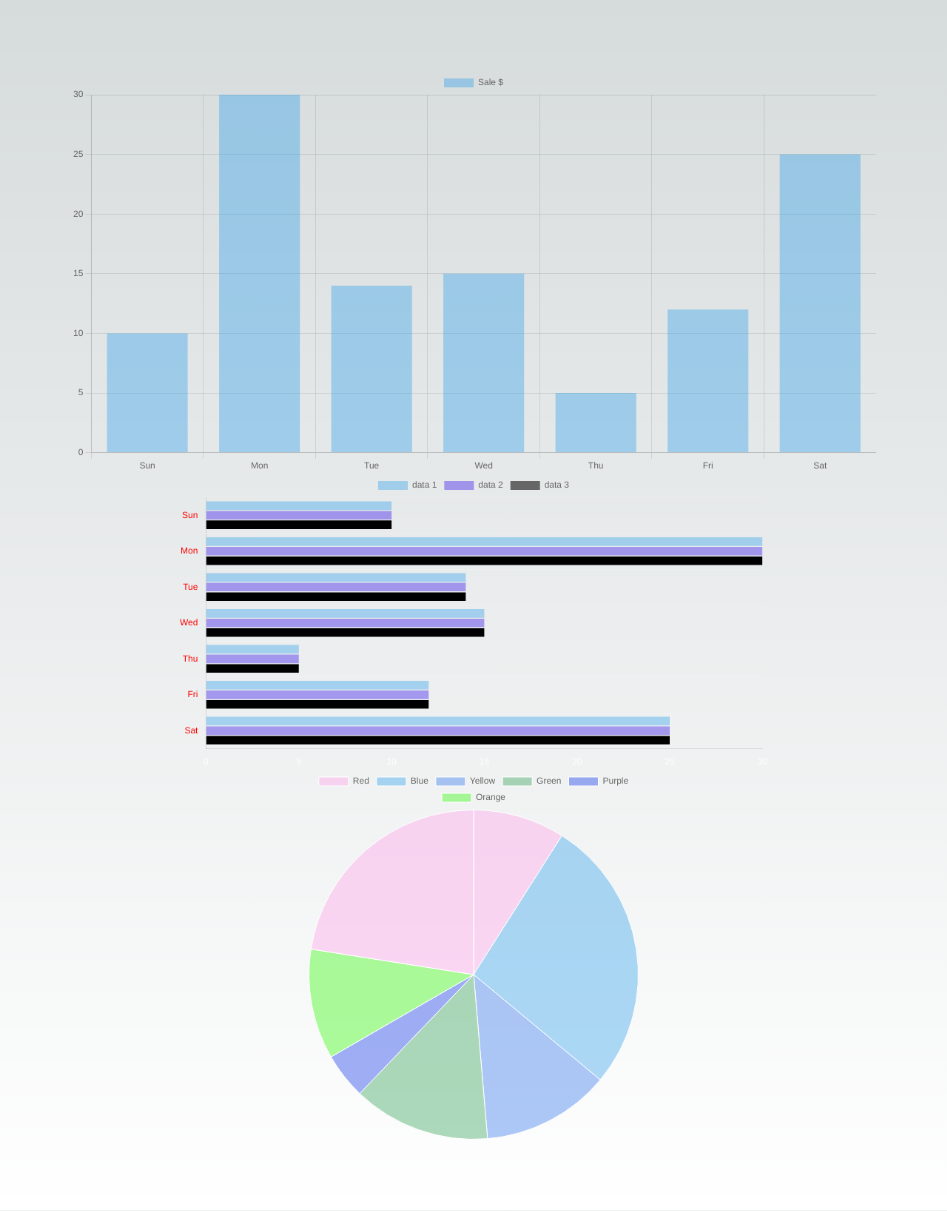
Repository: MonicaNguyenH/exercise-5
Page: /
An editor plug-in stored every save of this project. The page is shown before and after the next save, followed by the edit.
The browser window is 1280 px wide. The pictures show the whole page, at 74% of full size.
The project was rebuilt for these pictures with package versions that can differ from the ones it lists, and the page was loaded fresh each time. The framework's server and built-in components were replaced by stand-ins that run in the browser. Also part of the build but not shown: next.config.mjs.

Above is the page before, as saved 2024-04-20 23:10:20.

After the next save:
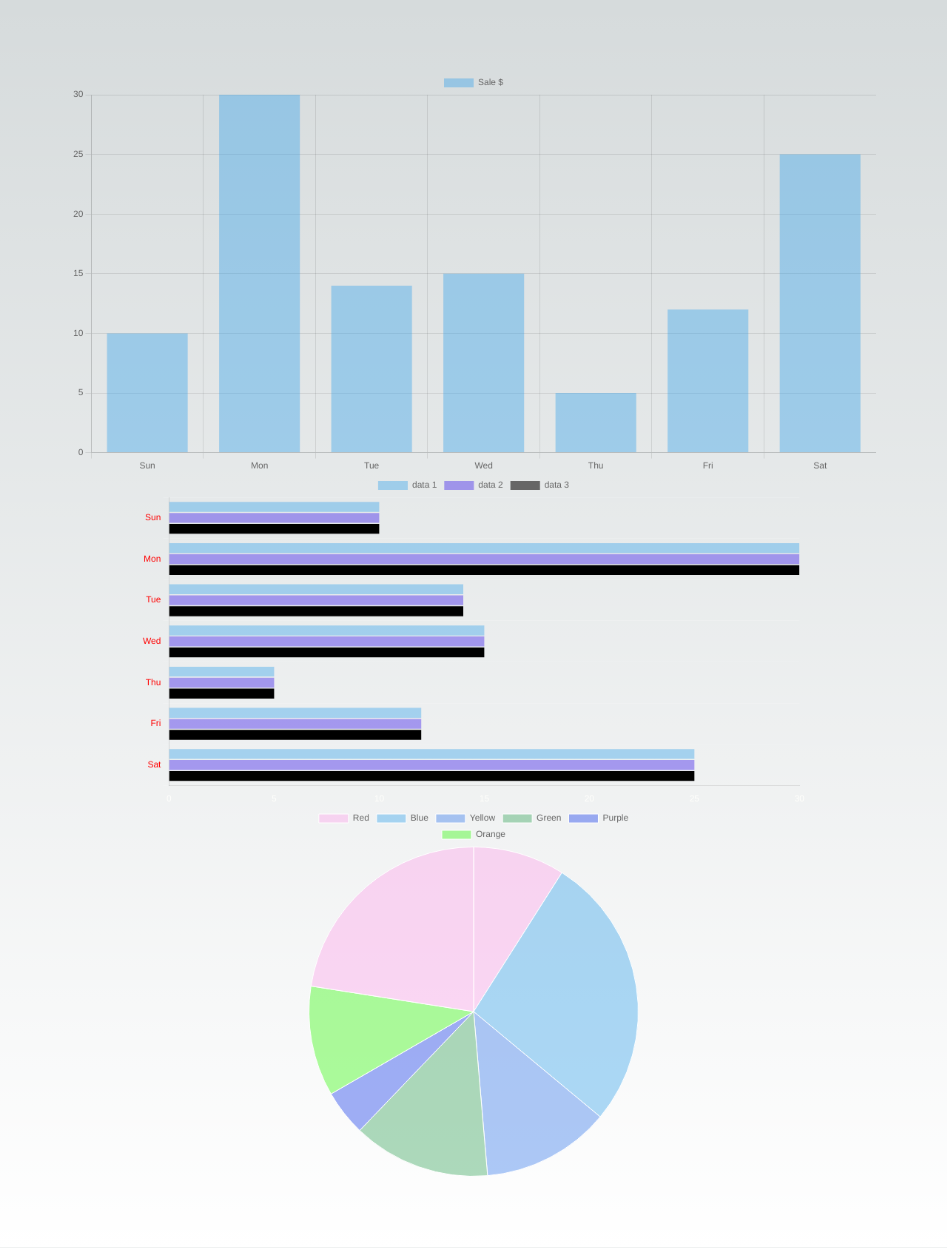
Saved 19 min 38 s later.
--- a/components/HorizontalChart/index.js
+++ b/components/HorizontalChart/index.js
@@ -90,7 +90,7 @@ export default function HorizontalChart(){
     return(
         <>
             <div>
-                <Bar data={chartData} options={chartOptions} style={{ width: "800px", height: "500px"}}/>
+                <Bar data={chartData} options={chartOptions} style={{ width: "900px", height: "500px"}}/>
             </div>
         </>
     )
